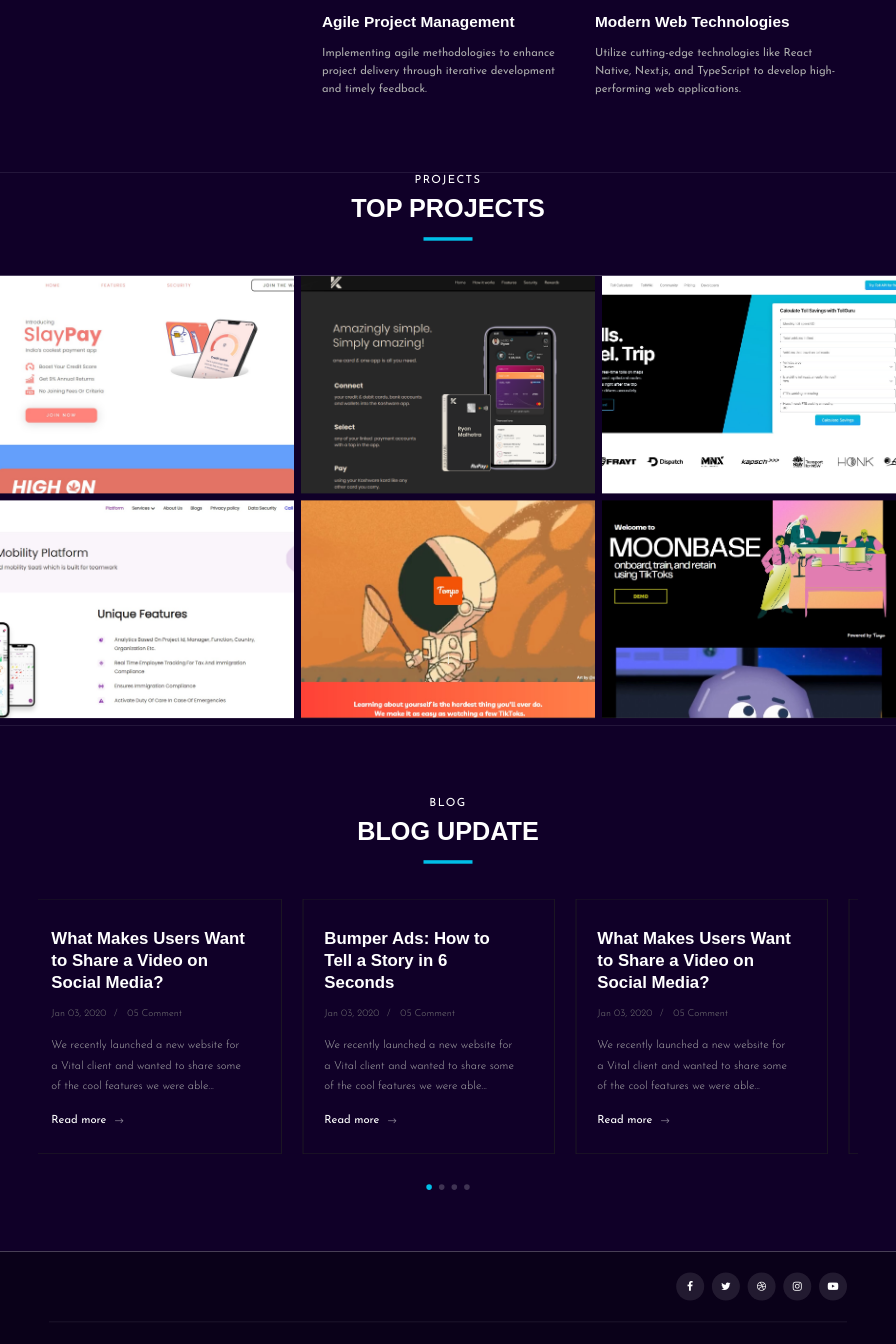
Repository: codexshot/himanshu-portfolio.io
Page: index.html
An editor plug-in stored every save of this project. The page is shown before and after the next save, followed by the edit.
The browser window is 1280 px wide. The pictures show the part of the page from y = 1177 to 3097 px (the page is 3476 px tall before and 3446 px after), at 70% of full size.
Some web fonts or font styles are not loaded; a fallback is used.

Above is the page before, as saved 2024-07-31 01:28:04.

### index.html
<!DOCTYPE html>
<html lang="zxx">

<head>
    <meta charset="UTF-8">
    <meta name="description" content="Videograph Template">
    <meta name="keywords" content="Videograph, unica, creative, html">
    <meta name="viewport" content="width=device-width, initial-scale=1.0">
    <meta http-equiv="X-UA-Compatible" content="ie=edge">
    <title>Himanshu | Software Developer</title>

    <!-- Google Font -->
    <link href="https://fonts.googleapis.com/css2?family=Play:wght@400;700&display=swap" rel="stylesheet">
    <link href="https://fonts.googleapis.com/css2?family=Josefin+Sans:wght@300;400;500;600;700&display=swap"
        rel="stylesheet">

    <!-- Css Styles -->
    <link rel="stylesheet" href="css/bootstrap.min.css" type="text/css">
    <link rel="stylesheet" href="css/font-awesome.min.css" type="text/css">
    <link rel="stylesheet" href="css/elegant-icons.css" type="text/css">
    <link rel="stylesheet" href="css/owl.carousel.min.css" type="text/css">
    <link rel="stylesheet" href="css/magnific-popup.css" type="text/css">
    <link rel="stylesheet" href="css/slicknav.min.css" type="text/css">
    <link rel="stylesheet" href="css/style.css" type="text/css">
</head>

<body>
    <!-- Page Preloder -->
    <div id="preloder">
        <div class="loader"></div>
    </div>

    <!-- Header Section Begin -->
    <header class="header">
        <div class="container">
            <div class="row">
                <div class="col-lg-2">
                    <div class="header__logo">
                        <h4 style="color: aliceblue;">Himanshu's Portfolio</h4>
                    </div>
                </div>
                <div class="col-lg-10">l̥
                    <div class="header__nav__option">
                        <nav class="header__nav__menu mobile-menu">
                            <ul>
                                <li class="active"><a href="./index.html">Home</a></li>


                                <li><a href="./services.html">Services</a></li>
                                <li><a href="./contact.html">Contact</a></li>
                            </ul>
                        </nav>
                        <div class="header__nav__social">
                            <a href="#"><i class="fa fa-facebook"></i></a>
                            <a href="#"><i class="fa fa-twitter"></i></a>
                            <a href="#"><i class="fa fa-dribbble"></i></a>
                            <a href="#"><i class="fa fa-instagram"></i></a>
                            <a href="#"><i class="fa fa-youtube-play"></i></a>
                        </div>
                    </div>
                </div>
            </div>
            <div id="mobile-menu-wrap"></div>
        </div>
    </header>
    <!-- Header End -->

    <!-- Hero Section Begin -->
    <section class="hero">
        <div class="hero__slider owl-carousel">
            <!-- Slide 1: Summary & Specialization -->
            <div class="hero__item" >
                <div class="container">
                    <div class="row">
                        <div class="col-lg-6">
                            <div class="hero__text">
                                <span>Certified Software Developer</span>
                                <h2>Mobile & Backend Expertise</h2>
                                <p>Specializing in Mobile Application Development with a strong background in backend systems.</p>

                            </div>
                        </div>
                    </div>
                </div>
            </div>
            <!-- Slide 2: Key Skills -->
            <div class="hero__item">
                <div class="container">
                    <div class="row">
                        <div class="col-lg-6">
                            <div class="hero__text">
                                <span>Skilled Across Multiple Domains</span>
                                <h2>Proven Industry Skills</h2>
                                <p>Expertise in iOS, Android, Agile, and Modern Web Technologies like Next.js and React Native.</p>

                            </div>
                        </div>
                    </div>
                </div>
            </div>
            <!-- Slide 3: Professional Experience -->
            <div class="hero__item" >
                <div class="container">
                    <div class="row">
                        <div class="col-lg-6">
                            <div class="hero__text">
                                <span>Experienced in Dynamic Roles</span>
                                <h2>Diverse Development Projects</h2>
                                <p>From mobile app development to complex server-side solutions, I bring a wealth of experience and a proven track record.</p>

                            </div>
                        </div>
                    </div>
                </div>
            </div>
        </div>
    </section>

    <!-- Hero Section End -->

    <!-- Services Section Begin -->
    <section class="services spad">
        <div class="container">
            <div class="row">
                <div class="col-lg-4">
                    <div class="services__title">
                        <div class="section-title">
                            <span>My Services</span>
                            <h2>What I Do?</h2>
                        </div>
                        <p>Engage with a seasoned software developer to elevate your business's digital infrastructure, ensuring robust, scalable, and efficient solutions.</p>
                        <a href="#" class="primary-btn">View all services</a>
                    </div>
                </div>
                <div class="col-lg-8">
                    <div class="row">
                        <div class="col-lg-6 col-md-6 col-sm-6">
                            <div class="services__item">
                                <div class="services__item__icon">
                                    <img src="img/icons/si-1.png" alt="Mobile App Development">
                                </div>
                                <h4>Mobile App Development</h4>
                                <p>Expert development in iOS and Android platforms, creating seamless and responsive mobile applications tailored to meet business needs.</p>
                            </div>
                        </div>
                        <div class="col-lg-6 col-md-6 col-sm-6">
                            <div class="services__item">
                                <div class="services__item__icon">
                                    <img src="img/icons/si-2.png" alt="Backend Development">
                                </div>
                                <h4>Backend Development</h4>
                                <p>Construct robust server-side applications that ensure data integrity and scalability to support your growing user base.</p>
                            </div>
                        </div>
                        <div class="col-lg-6 col-md-6 col-sm-6">
                            <div class="services__item">
                                <div class="services__item__icon">
                                    <img src="img/icons/si-3.png" alt="Agile Project Management">
                                </div>
                                <h4>Agile Project Management</h4>
                                <p>Implementing agile methodologies to enhance project delivery through iterative development and timely feedback.</p>
                            </div>
                        </div>
                        <div class="col-lg-6 col-md-6 col-sm-6">
                            <div class="services__item">
                                <div class="services__item__icon">
                                    <img src="img/icons/si-4.png" alt="Web Technologies">
                                </div>
                                <h4>Modern Web Technologies</h4>
                                <p>Utilize cutting-edge technologies like React Native, Next.js, and TypeScript to develop high-performing web applications.</p>
                            </div>
                        </div>
                    </div>
                </div>
            </div>
        </section>

    <!-- Services Section End -->

    <!-- Work Section Begin -->

    <section class="work">

            <div class="container">
    <div class="row">
        <div class="col-lg-12">
            <div class="section-title center-title">
                <span>Projects</span>
                <h2>Top Projects</h2>
            </div>
        </div>
    </div>
</div >

    </section>
    <section class="work">
        <div class="work__gallery">
            <div class="grid-sizer"></div>
            <div class="work__item wide__item set-bg" data-setbg="img/work/work-1.jpg">
                <a href="https://slaypay.app/" target="popup" onclick='window.open("https\://slaypay.app/","name","width=600,height=400")' >
                <div class="work__item__hover">
                    <h4>SlayPay</h4>
                    <ul>
                        <li>Fintech</li>
                    </ul>
                </div>
            </a>
            </div>
            <div class="work__item wide__item set-bg" data-setbg="img/work/work-2.jpg">
                <a href="https://www.kashware.com/" target="popup" onclick='window.open("https\://www.kashware.com/","name","width=600,height=400")' >
                    <div class="work__item__hover">
                        <h4>Kashware</h4>
                        <ul>
                            <li>Fintech</li>
                        </ul>
                    </div>
                </a>
            </div>
            <div class="work__item wide__item set-bg" data-setbg="img/work/work-3.jpg">
                <a href="https://www.tollguru.com/" target="popup" onclick='window.open("https\://www.tollguru.com/","name","width=600,height=400")' >
                    <div class="work__item__hover">
                        <h4>Tollguru</h4>
                        <ul>
                            <li>Transportation</li>
                        </ul>
                    </div>
                </a>
            </div>

            <div class="work__item wide__item set-bg" data-setbg="img/work/work-5.jpg">
                <a href="https://mobilitysqr.com/voyager" target="popup" onclick='window.open("https\://mobilitysqr.com/voyager","name","width=600,height=400")' >
                    <div class="work__item__hover">
                        <h4>MobilitySQR</h4>
                        <ul>
                            <li>Tax</li>
                        </ul>
                    </div>
                </a>
            </div>
            <div class="work__item wide__item set-bg" data-setbg="img/work/work-6.jpg">
                <a href="https://web.tempospace.co/" target="popup" onclick='window.open("https\://web.tempospace.co/","name","width=600,height=400")' >
                    <div class="work__item__hover">
                        <h4>TempoSpace</h4>
                        <ul>
                            <li>Social</li>
                        </ul>
                    </div>
                </a>
            </div>
            <div class="work__item wide__item set-bg" data-setbg="img/work/work-7.jpg">
                <a href="https://moonbase.biz/" target="popup" onclick='window.open("https\://moonbase.biz/","name","width=600,height=400")' >
                    <div class="work__item__hover">
                        <h4>Moonbase</h4>
                        <ul>
                            <li>Social</li>
                        </ul>
                    </div>
                </a>
            </div>

        </div>
    </section>

    <!-- Latest Blog Section Begin -->
    <section class="latest spad">
        <div class="container">
            <div class="row">
                <div class="col-lg-12">
                    <div class="section-title center-title">
                        <span>Blog</span>
                        <h2>Blog Update</h2>
                    </div>
                </div>
            </div>
            <div class="row">
                <div class="latest__slider owl-carousel">
                    <div class="col-lg-4">
                        <div class="blog__item latest__item">
                            <h4>What Makes Users Want to Share a Video on Social Media?</h4>
                            <ul>
                                <li>Jan 03, 2020</li>
                                <li>05 Comment</li>
                            </ul>
                            <p>We recently launched a new website for a Vital client and wanted to share some of the
                                cool features we were able...</p>
                            <a href="#">Read more <span class="arrow_right"></span></a>
                        </div>
                    </div>
                    <div class="col-lg-4">
                        <div class="blog__item latest__item">
                            <h4>Bumper Ads: How to Tell a Story in 6 Seconds</h4>
                            <ul>
                                <li>Jan 03, 2020</li>
                                <li>05 Comment</li>
                            </ul>
                            <p>We recently launched a new website for a Vital client and wanted to share some of the
                                cool features we were able...</p>
                            <a href="#">Read more <span class="arrow_right"></span></a>
                        </div>
                    </div>
                    <div class="col-lg-4">
                        <div class="blog__item latest__item">
                            <h4>What Makes Users Want to Share a Video on Social Media?</h4>
                            <ul>
                                <li>Jan 03, 2020</li>
                                <li>05 Comment</li>
                            </ul>
                            <p>We recently launched a new website for a Vital client and wanted to share some of the
                                cool features we were able...</p>
                            <a href="#">Read more <span class="arrow_right"></span></a>
                        </div>
                    </div>
                    <div class="col-lg-4">
                        <div class="blog__item latest__item">
                            <h4>Bumper Ads: How to Tell a Story in 6 Seconds</h4>
                            <ul>
                                <li>Jan 03, 2020</li>
                                <li>05 Comment</li>
                            </ul>
                            <p>We recently launched a new website for a Vital client and wanted to share some of the
                                cool features we were able...</p>
                            <a href="#">Read more <span class="arrow_right"></span></a>
                        </div>
                    </div>
                    <div class="col-lg-4">
                        <div class="blog__item latest__item">
                            <h4>What Makes Users Want to Share a Video on Social Media?</h4>
                            <ul>
                                <li>Jan 03, 2020</li>
                                <li>05 Comment</li>
                            </ul>
                            <p>We recently launched a new website for a Vital client and wanted to share some of the
                                cool features we were able...</p>
                            <a href="#">Read more <span class="arrow_right"></span></a>
                        </div>
                    </div>
                    <div class="col-lg-4">
                        <div class="blog__item latest__item">
                            <h4>What Makes Users Want to Share a Video on Social Media?</h4>
                            <ul>
                                <li>Jan 03, 2020</li>
                                <li>05 Comment</li>
                            </ul>
                            <p>We recently launched a new website for a Vital client and wanted to share some of the
                                cool features we were able...</p>
                            <a href="#">Read more <span class="arrow_right"></span></a>
                        </div>
                    </div>
                    <div class="col-lg-4">
                        <div class="blog__item latest__item">
                            <h4>What Makes Users Want to Share a Video on Social Media?</h4>
                            <ul>
                                <li>Jan 03, 2020</li>
                                <li>05 Comment</li>
                            </ul>
                            <p>We recently launched a new website for a Vital client and wanted to share some of the
                                cool features we were able...</p>
                            <a href="#">Read more <span class="arrow_right"></span></a>
                        </div>
                    </div>
                </div>
            </div>
        </div>
    </section>
    <!-- Latest Blog Section End -->

    <!-- Call To Action Section Begin -->
    <!-- <section class="callto spad set-bg" data-setbg="img/callto-bg.jpg">
        <div class="container">
            <div class="row">
                <div class="col-lg-8">
                    <div class="callto__text">
                        <h2>Fresh Ideas, Fresh Moments Giving Wings to your Stories.</h2>
                        <p>INC5000, Best places to work 2019</p>
                        <a href="#">Start your stories</a>
                    </div>
                </div>
            </div>
        </div>
    </section> -->
    <!-- Call To Action Section End -->

    <!-- Footer Section Begin -->
    <footer class="footer">
        <div class="container">
            <div class="footer__top">
                <div class="row">
                    <div class="col-lg-6 col-md-6">
                        <div class="footer__top__logo">

                        </div>
                    </div>
                    <div class="col-lg-6 col-md-6">
                        <div class="footer__top__social">
                            <a href="#"><i class="fa fa-facebook"></i></a>
                            <a href="#"><i class="fa fa-twitter"></i></a>
                            <a href="#"><i class="fa fa-dribbble"></i></a>
                            <a href="#"><i class="fa fa-instagram"></i></a>
                            <a href="#"><i class="fa fa-youtube-play"></i></a>
                        </div>
                    </div>
                </div>
            </div>
            <div class="footer__option">
                <div class="row">
                    <div class="col-lg-4 col-md-6">
                        <div class="footer__option__item">
                            <h5>About us</h5>
                            <p>Himanshu Pandey brings over six years of specialized expertise in Mobile Application Development and backend systems, having delivered robust solutions across Insurance, Healthcare, and Banking sectors. Passionate about integrating cutting-edge technologies and agile methodologies, Himanshu is committed to driving innovation and excellence in every project.</p>

                        </div>
                    </div>

                    <div class="col-lg-2 col-md-3">
                        <div class="footer__option__item">
                            <h5>My work</h5>
                            <ul>
                                <li><a href="#">Feature</a></li>
                                <li><a href="#">Latest</a></li>
                                <li><a href="#">Browse Archive</a></li>

                            </ul>
                        </div>
                    </div>
                    <div class="col-lg-4 col-md-12">
                        <div class="footer__option__item">
                            <h5>Newsletter</h5>
                            <!-- <p>Videoprah is an award-winning, full-service production company specializing.</p> -->
                            <form action="#">
                                <input type="text" placeholder="Email">
                                <button type="submit"><i class="fa fa-send"></i></button>
                            </form>
                        </div>
                    </div>
                </div>
            </div>

        </div>
    </footer>
    <!-- Footer Section End -->

    <!-- Js Plugins -->
    <script src="js/jquery-3.3.1.min.js"></script>
    <script src="js/bootstrap.min.js"></script>
    <script src="js/jquery.magnific-popup.min.js"></script>
    <script src="js/mixitup.min.js"></script>
    <script src="js/masonry.pkgd.min.js"></script>
    <script src="js/jquery.slicknav.js"></script>
    <script src="js/owl.carousel.min.js"></script>
    <script src="js/main.js"></script>
</body>

</html>

Loaded but not shown: css/bootstrap.min.css (library); css/font-awesome.min.css (library); css/owl.carousel.min.css (library); css/magnific-popup.css (library); css/slicknav.min.css (common file); js/jquery-3.3.1.min.js (library); js/bootstrap.min.js (library); js/jquery.magnific-popup.min.js (library); js/mixitup.min.js (library); js/masonry.pkgd.min.js (library); js/jquery.slicknav.js (library); js/owl.carousel.min.js (library); js/main.js (175 lines, source omitted); css/style.css (2351 lines, source omitted); css/elegant-icons.css (1157 lines, source omitted)

After the next save:
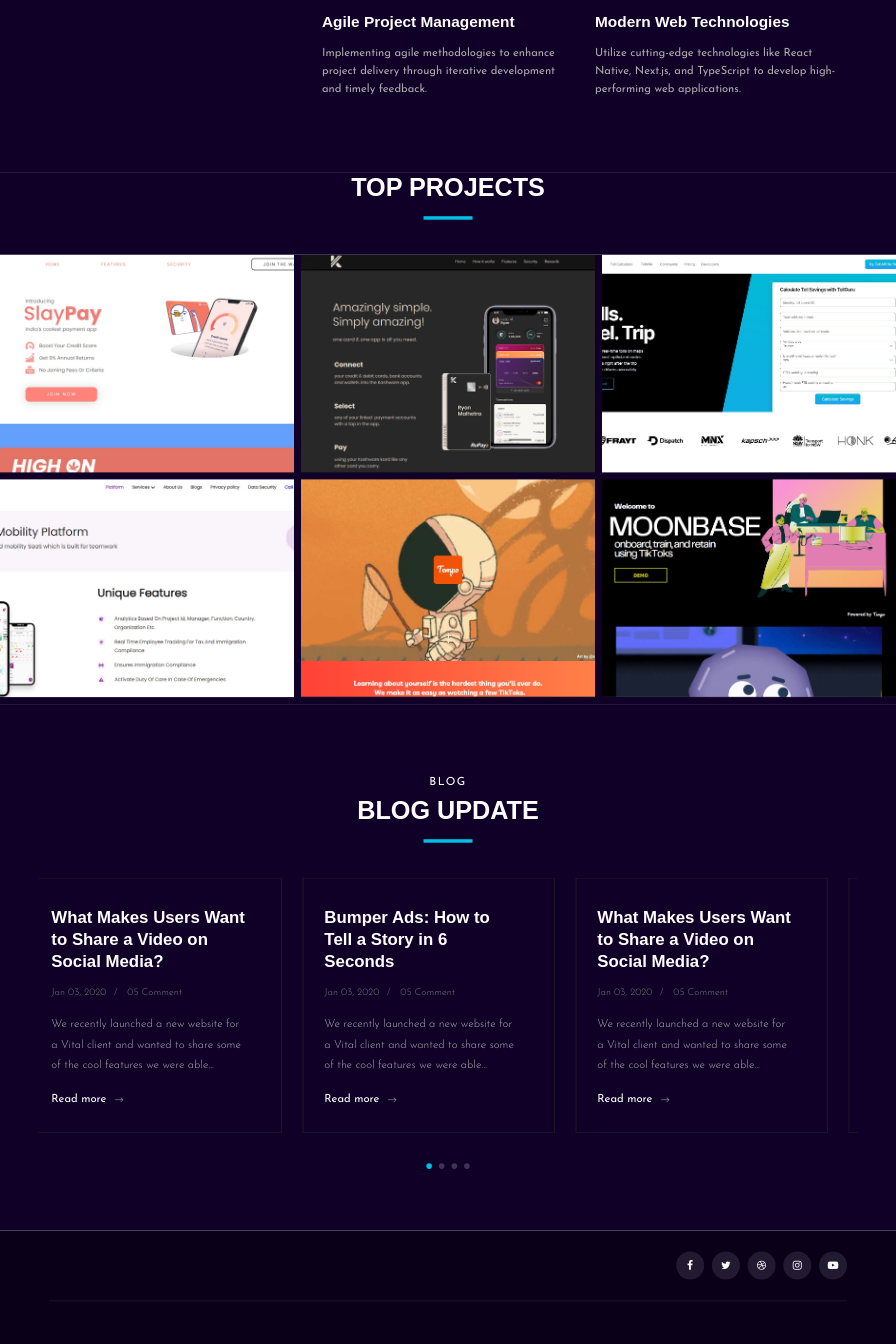
Saved 6 s later.
--- a/index.html
+++ b/index.html
@@ -185,7 +185,7 @@
     <div class="row">
         <div class="col-lg-12">
             <div class="section-title center-title">
-                <span>Projects</span>
+
                 <h2>Top Projects</h2>
             </div>
         </div>
